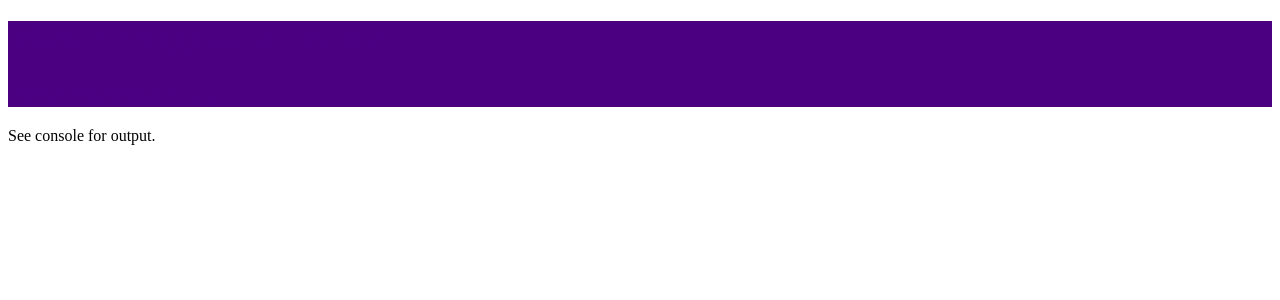
Repository: Ellusionism/prime-pw-week-5-assignment-part-2
Page: assignment/index.html
The author's editor kept a copy of each file at every save. The page is drawn from the files as they stood at one save, then again after the next save.
The browser window is 1280 px wide. The pictures show the whole page.

Above is the page before, as saved 2022-11-24 18:45:53.

After the next save:
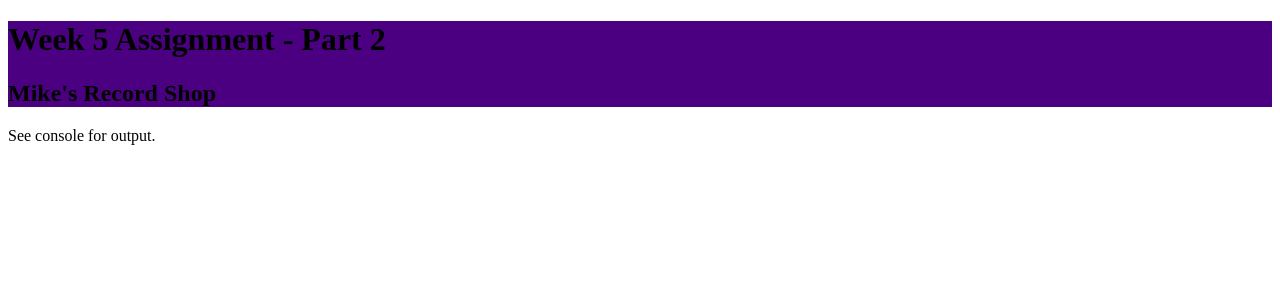
Saved 7 s later.
--- a/assignment/stylesheet.css
+++ b/assignment/stylesheet.css
@@ -1,4 +1,4 @@
 header {
-  color:indigo;
+  color:;
   background-color: indigo;
 }
